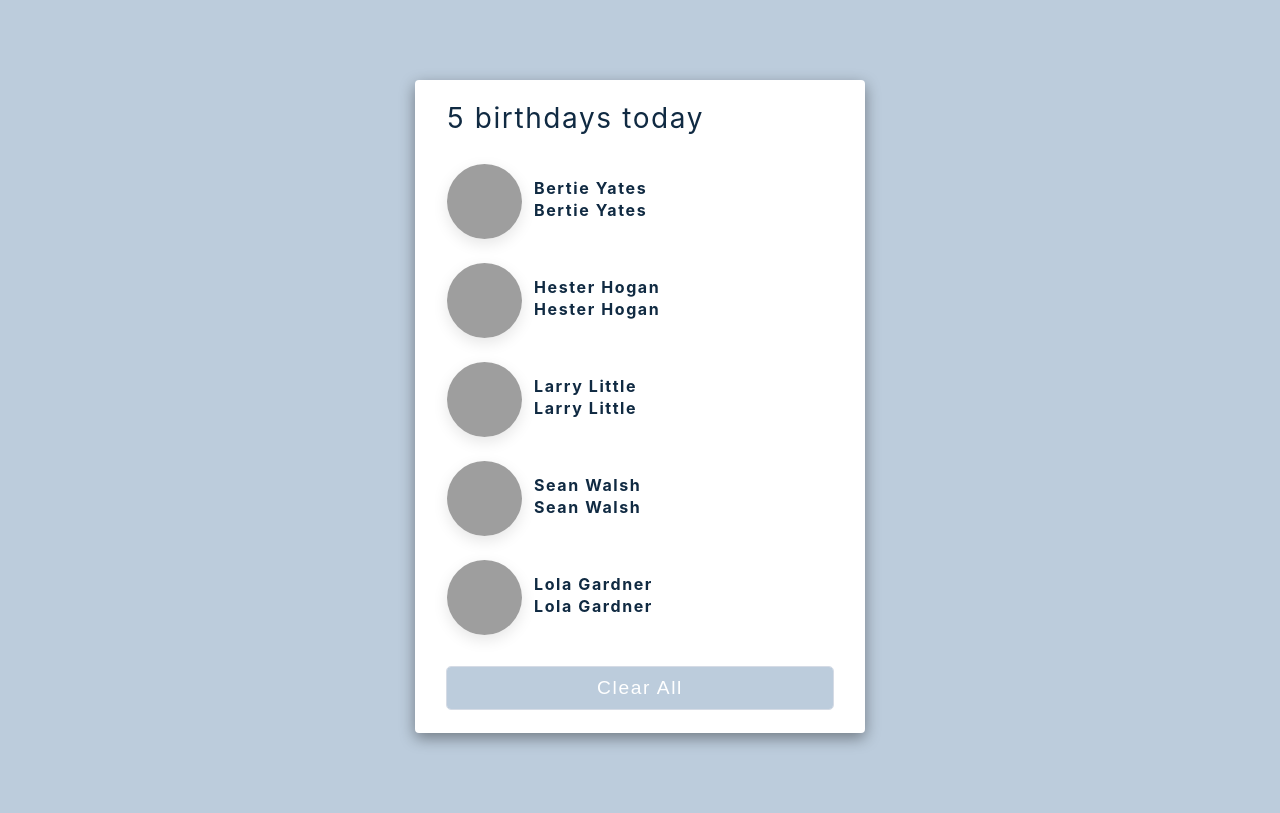
Repository: smit1298/Birthday-Reminder
Page: /
An editor plug-in stored every save of this project. The page is shown before and after a run of saves, followed by the edit.
The browser window is 1280 px wide. The pictures show the whole page.
Pictures or frames that could not be fetched are drawn as grey boxes. The project was rebuilt for these pictures with package versions that can differ from the ones it lists, and the page was loaded fresh each time.

Above is the page before, as saved 2022-05-15 23:55:01.

### src/index.css
/*
===============
Variables
===============
*/

:root {
  /* dark shades of primary color*/
  --clr-primary-1: hsl(162, 61%, 89%);
  --clr-primary-2: hsl(162, 60%, 78%);
  --clr-primary-3: hsl(162, 61%, 67%);
  --clr-primary-4: hsl(162, 61%, 57%);
  /* primary/main color */
  --clr-primary-5: hsl(162, 73%, 46%);
  /* lighter shades of primary color */
  --clr-primary-6: #1aa179;
  --clr-primary-7: #13795b;
  --clr-primary-8: #0d503c;
  --clr-primary-9: #06281e;
  /* darkest grey - used for headings */
  --clr-grey-1: hsl(212, 33%, 89%);
  --clr-grey-2: hsl(210, 31%, 80%);
  --clr-grey-3: hsl(211, 27%, 70%);
  --clr-grey-4: hsl(209, 23%, 60%);
  /* grey used for paragraphs */
  --clr-grey-5: hsl(210, 22%, 49%);
  --clr-grey-6: hsl(209, 28%, 39%);
  --clr-grey-7: hsl(209, 34%, 30%);
  --clr-grey-8: hsl(211, 39%, 23%);
  --clr-grey-9: hsl(209, 61%, 16%);
  --clr-white: #fff;
  --clr-red-dark: hsl(360, 67%, 44%);
  --clr-red-light: hsl(360, 71%, 66%);
  --clr-green-dark: hsl(125, 67%, 44%);
  --clr-green-light: hsl(125, 71%, 66%);
  --clr-black: #222;
  --transition: all 0.3s linear;
  --spacing: 0.1rem;
  --radius: 0.25rem;
  --light-shadow: 0 5px 15px rgba(0, 0, 0, 0.1);
  --dark-shadow: 0 5px 15px rgba(0, 0, 0, 0.4);
  --max-width: 1170px;
  --fixed-width: 450px;
  --clr-pink: #f28ab2;
}
/*
===============
Global Styles
===============
*/

*,
::after,
::before {
  margin: 0;
  padding: 0;
  box-sizing: border-box;
}
body {
  font-family: -apple-system, BlinkMacSystemFont, 'Segoe UI', Roboto, Oxygen,
    Ubuntu, Cantarell, 'Open Sans', 'Helvetica Neue', sans-serif;
  background: var(--clr-grey-2);
  color: var(--clr-grey-9);
  line-height: 1.5;
  font-size: 0.875rem;
}
ul {
  list-style-type: none;
}
a {
  text-decoration: none;
}
h1,
h2,
h3,
h4 {
  letter-spacing: var(--spacing);
  text-transform: capitalize;
  line-height: 1.25;
  margin-bottom: 0.75rem;
}
h1 {
  font-size: 3rem;
}
h2 {
  font-size: 2rem;
}
h3 {
  font-size: 1.25rem;
}
h4 {
  font-size: 0.875rem;
}
p {
  margin-bottom: 1.25rem;
  color: var(--clr-grey-5);
}
@media screen and (min-width: 800px) {
  h1 {
    font-size: 4rem;
  }
  h2 {
    font-size: 2.5rem;
  }
  h3 {
    font-size: 1.75rem;
  }
  h4 {
    font-size: 1rem;
  }
  body {
    font-size: 1rem;
  }
  h1,
  h2,
  h3,
  h4 {
    line-height: 1;
  }
}
/*  global classes */

/* section */
.section {
  width: 90vw;
  margin: 0 auto;
  max-width: var(--max-width);
}

@media screen and (min-width: 992px) {
  .section {
    width: 95vw;
  }
}

main {
  min-height: 100vh;
  display: flex;
  justify-content: center;
  align-items: center;
}

.container {
  width: 90vw;
  margin: 5rem 0;
  max-width: var(--fixed-width);
  background: var(--clr-white);
  border-radius: var(--radius);
  padding: 1.5rem 2rem;
  box-shadow: var(--dark-shadow);
}
.container h3 {
  font-weight: normal;
  text-transform: none;
  margin-bottom: 2rem;
}
.person {
  display: grid;
  grid-template-columns: auto 1fr;
  column-gap: 0.75rem;
  margin-bottom: 1.5rem;
  align-items: center;
}
.person img {
  width: 75px;
  height: 75px;
  object-fit: cover;
  border-radius: 50%;
  box-shadow: var(--light-shadow);
}
.person h4 {
  margin-bottom: 0.35rem;
}
.person p {
  margin-bottom: 0;
}
.container button {
  color: var(--clr-white);
  display: block;
  width: 100%;
  border-color: transparent;
  background: var(--clr-grey-2);
  margin: 2rem auto 0 auto;
  text-transform: capitalize;
  font-size: 1.2rem;
  padding: 0.5rem 0;
  letter-spacing: var(--spacing);
  border-radius: var(--radius);
  outline: 1px solid rgba(203, 211, 223, 0.8);
  cursor: pointer;
}

### src/App.js
import React, { useState } from "react";
import data from "./data";
import List from "./List";
function App() {
  // creating a useState that picks data from my data js form
  const [people, setPeople] = useState(data)
  return (
    <main>
      <section className="container">
        <h3>{people.length} birthdays today</h3>
        <List people={people} />
        <button onClick={() => console.log('you cleared me')}>clear all</button>
      </section>
    </main>
  );
}

export default App;

### src/data.js
export default [
  {
    id: 1,
    name: 'Bertie Yates',
    age: 29,
    image:
      'https://res.cloudinary.com/diqqf3eq2/image/upload/v1595959131/person-2_ipcjws.jpg',
  },
  {
    id: 2,
    name: 'Hester Hogan',
    age: 32,
    image:
      'https://res.cloudinary.com/diqqf3eq2/image/upload/v1595959131/person-3_rxtqvi.jpg',
  },
  {
    id: 3,
    name: 'Larry Little',
    age: 36,
    image:
      'https://res.cloudinary.com/diqqf3eq2/image/upload/v1586883423/person-4_t9nxjt.jpg',
  },
  {
    id: 4,
    name: 'Sean Walsh',
    age: 34,
    image:
      'https://res.cloudinary.com/diqqf3eq2/image/upload/v1586883417/person-3_ipa0mj.jpg',
  },
  {
    id: 5,
    name: 'Lola Gardner',
    age: 29,
    image:
      'https://res.cloudinary.com/diqqf3eq2/image/upload/v1586883334/person-1_rfzshl.jpg',
  },
];

### src/List.js
import React from "react";

const List = ({ people }) => {
  return (
    <>
      {people.map((person) => {
        const { id, name, age, image } = person;
        return <article key={id} className="person">
          <img src={image} alt={name} />
          <div>
            <h4>{name}</h4>
            <h4>{name}</h4>
          </div>
        </article>;
      })}
    </>
  );
};

export default List;

Loaded but not shown: public/index.html (common file); src/index.js (common file)

After the next 2 saves:
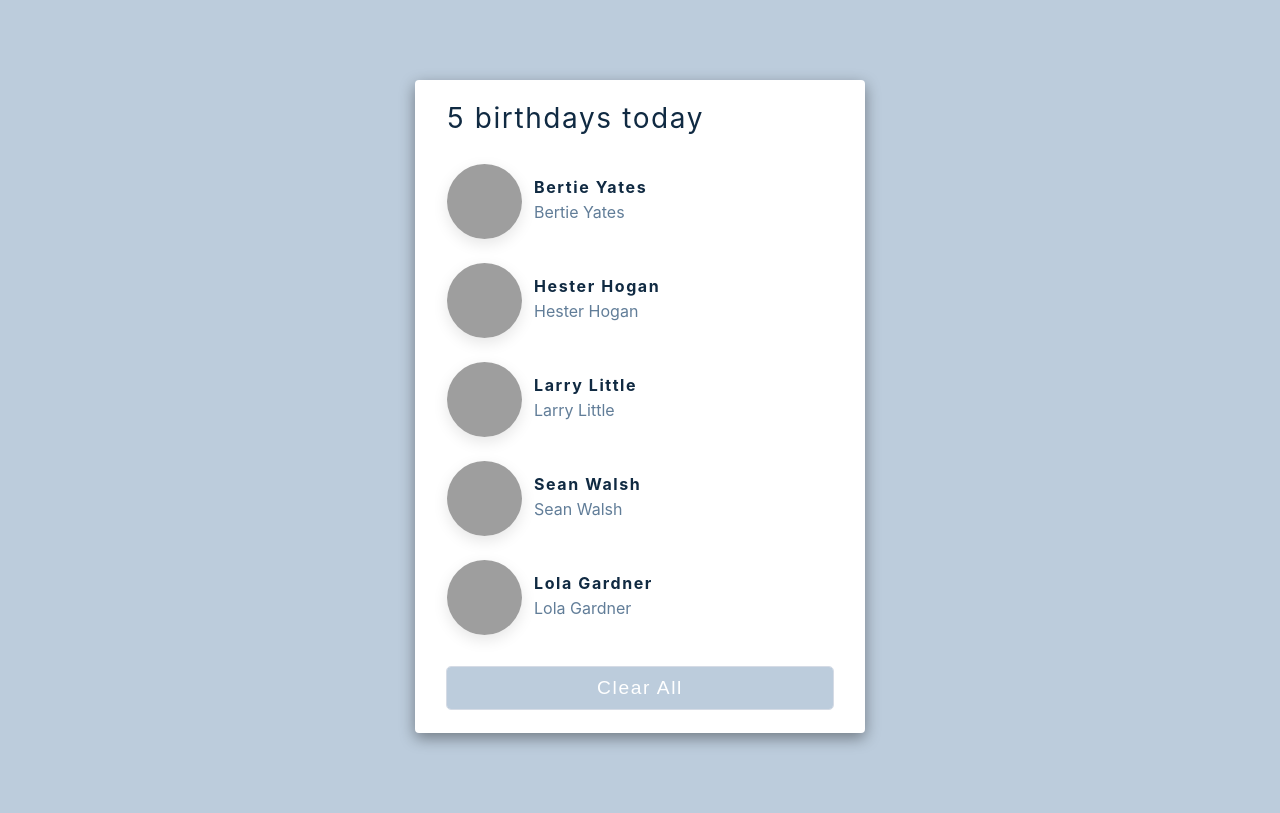
The 2 saves are shown as one change because they came seconds apart.
The last was saved 6 s later.
--- a/src/List.js
+++ b/src/List.js
@@ -9,7 +9,7 @@ const List = ({ people }) => {
           <img src={image} alt={name} />
           <div>
             <h4>{name}</h4>
-            <h4>{name}</h4>
+            <p>{name}</p>
           </div>
         </article>;
       })}
